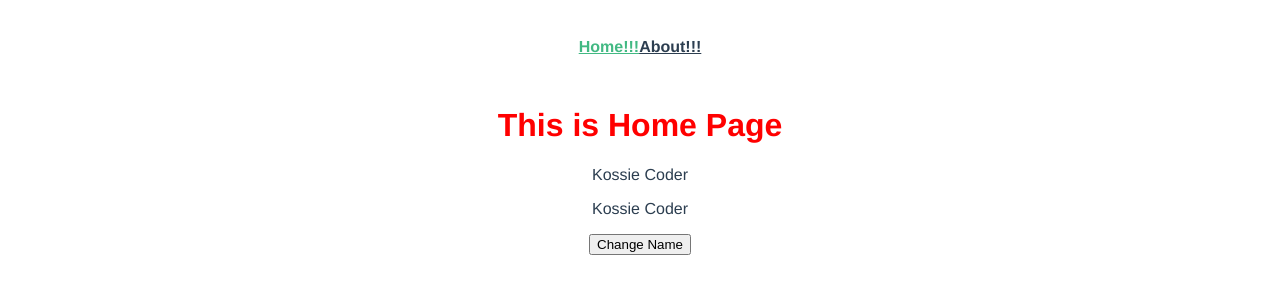
Repository: RyuGeunHwan/code_J
Page: / (app in vue-router/)
The author's editor kept a copy of each file at every save. The page is drawn from the files as they stood at one save, then again after the next save.
The browser window is 1280 px wide. The pictures show the whole page.
The project was rebuilt for these pictures with package versions that can differ from the ones it lists, and the page was loaded fresh each time.

Above is the page before, as saved 2022-08-11 15:23:32.

After the next save:
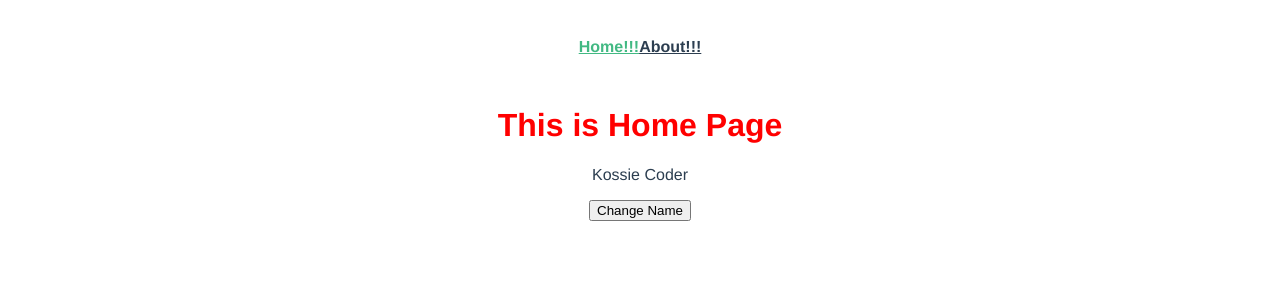
Saved 71 s later.
--- a/vue-router/src/views/Home.vue
+++ b/vue-router/src/views/Home.vue
@@ -2,7 +2,6 @@
 <template>
   <div>
     <h1>This is Home Page</h1>
-    <p>{{name}}</p>
     <KossieCoder/>
   </div>
 </template>
